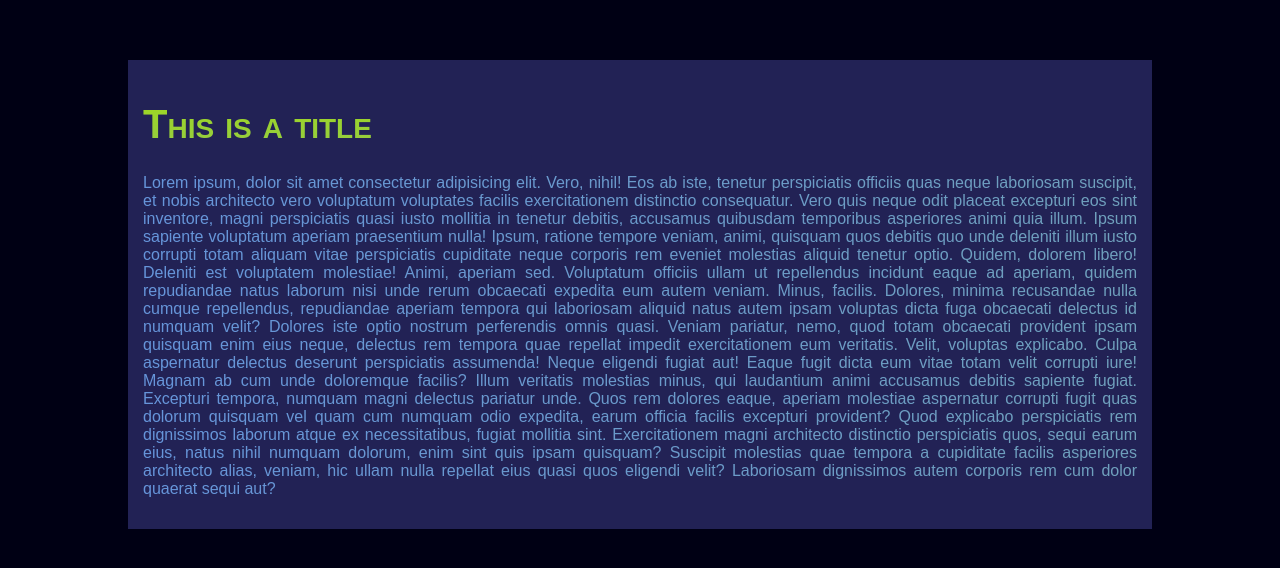
Repository: Francois-QUICODE/CSS-Micro-Projects
Page: Projects/01-Infinite-Gradient-Text.html
An editor plug-in stored every save of this project. The page is shown before and after the next save, followed by the edit.
The browser window is 1280 px wide. The pictures show the whole page.
Some web fonts or font styles are not loaded; a fallback is used.

Above is the page before, as saved 2020-11-29 13:28:03.

After the next save:
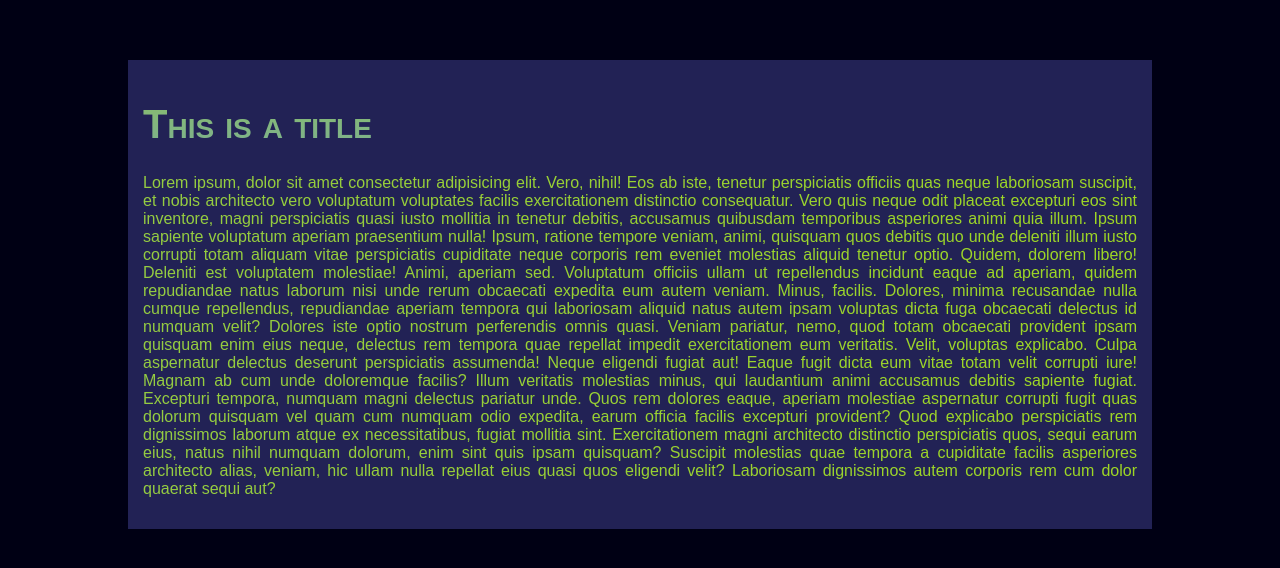
Saved 34 s later.
--- a/Projects/01-Infinite-Gradient-Text.html
+++ b/Projects/01-Infinite-Gradient-Text.html
@@ -73,9 +73,9 @@
         color: transparent;
         background: linear-gradient(0deg, #6695d7, #9ed710);
         background-size: 600% 600%;
-        -webkit-animation: textclip 10s linear infinite;
-        -moz-animation: textclip 10s linear infinite;
-        animation: textclip 10s linear infinite;
+        -webkit-animation: textclipv 10s linear infinite;
+        -moz-animation: textclipv 10s linear infinite;
+        animation: textclipv 10s linear infinite;
         background-clip: text;
         -webkit-background-clip: text;
         -moz-background-clip: text;
@@ -86,9 +86,9 @@
         color: transparent;
         background: linear-gradient(90deg, #6695d7, #9ed710);
         background-size: 600% 600%;
-        -webkit-animation: textclip 10s linear infinite;
-        -moz-animation: textclip 10s linear infinite;
-        animation: textclip 10s linear infinite;
+        -webkit-animation: textcliph 10s linear infinite;
+        -moz-animation: textcliph 10s linear infinite;
+        animation: textcliph 10s linear infinite;
         background-clip: text;
         -webkit-background-clip: text;
         -moz-background-clip: text;
